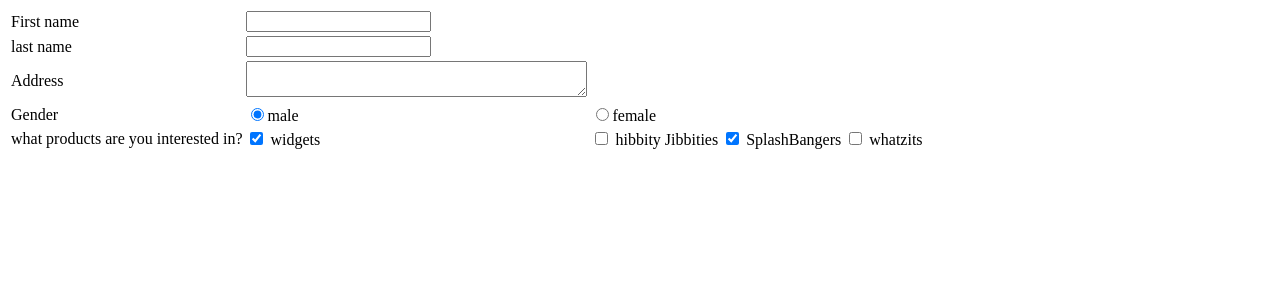
Repository: PoojaShirwaikar/BlockhainTest
Page: javascript/jQueryAssignment2/WebContent/ques10.html
The author's editor kept a copy of each file at every save. The page is drawn from the files as they stood at one save, then again after the next save.
The browser window is 1280 px wide. The pictures show the whole page.
Some web libraries are served in a nearby version.

Above is the page before, as saved 2017-11-14 11:34:02.

After the next save:
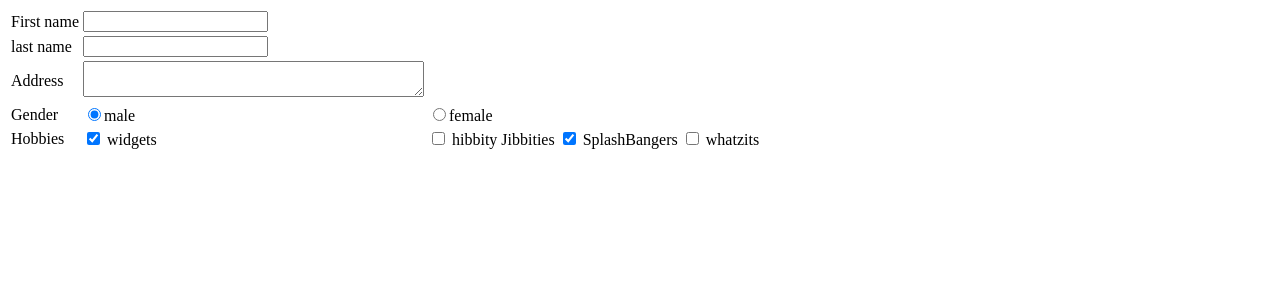
Saved 17 s later.
--- a/javascript/jQueryAssignment2/WebContent/ques10.html
+++ b/javascript/jQueryAssignment2/WebContent/ques10.html
@@ -38,7 +38,7 @@
 
 				</tr>
 				<tr>
-					<td class="style2">what products are you interested in?</td>
+					<td class="style2">Hobbies</td>
 					<td><input id="checkbox1" type="checkbox" checked="checked" />
 						<lable for="checkbox1">widgets</lable></td>
 					<td><input id="checkbox2" type="checkbox" /> <lable
